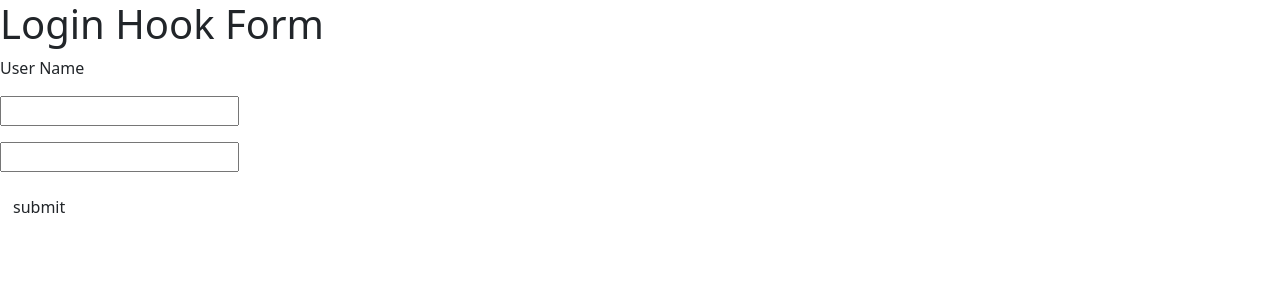
Repository: wenxi0504/storesystem
Page: /loginhook
The author's editor kept a copy of each file at every save. The page is drawn from the files as they stood at one save, then again after the next save.
The browser window is 1280 px wide. The pictures show the whole page.
The project was rebuilt for these pictures with package versions that can differ from the ones it lists, and the page was loaded fresh each time. Also part of the build but not shown: src/pages/login/login.css, src/pages/login/login.jsx, src/pages/admin/admin.jsx.

Above is the page before, as saved 2022-03-23 00:10:51.

After the next save:
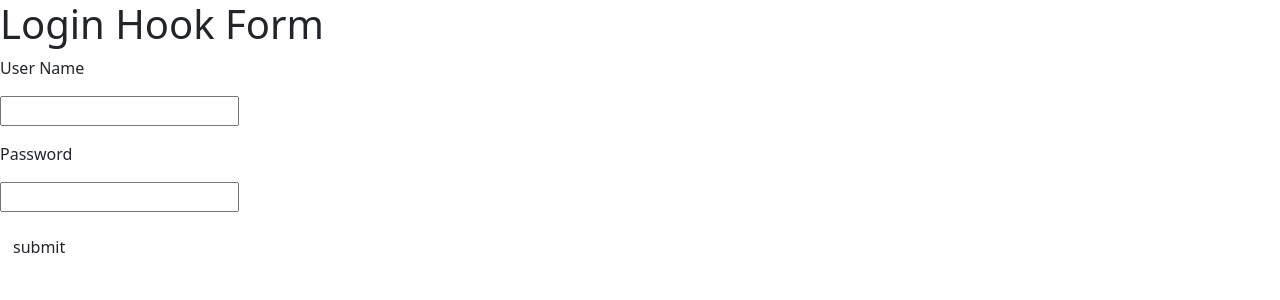
Saved 69 s later.
--- a/src/pages/loginHookForm/loginHookForm.jsx
+++ b/src/pages/loginHookForm/loginHookForm.jsx
@@ -44,7 +44,9 @@ export default function LoginHookForm() {
             </p>
             <p>{firstName}</p>
             <p>{errors.firstName?.message}</p>
-
+            <p>
+              <label className="label">Password</label>
+            </p>
             <p>
               <input {...register("password",{ required: "This is required",minLength:{value:6,message:"Min length is 6"}})}
 
